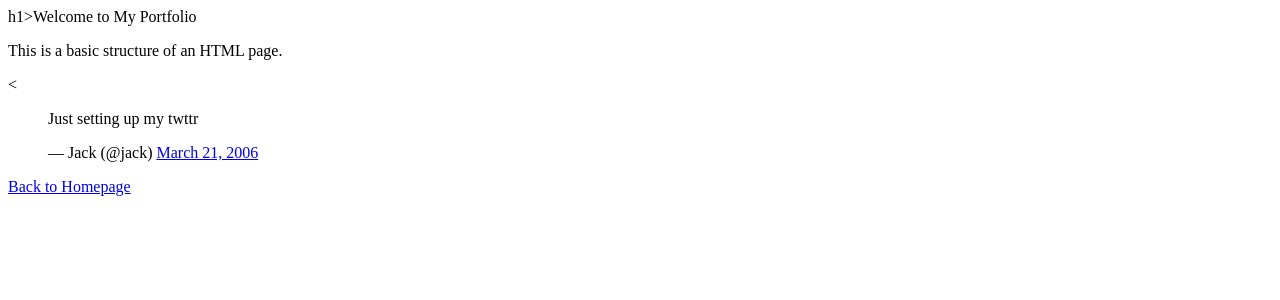
Repository: Patience225/My_First_Portfolio
Page: html_basic/tweets.html
An editor plug-in stored every save of this project. The page is shown before and after the next save, followed by the edit.
The browser window is 1280 px wide. The pictures show the whole page.

Above is the page before, as saved 2024-12-15 04:16:17.

After the next save:
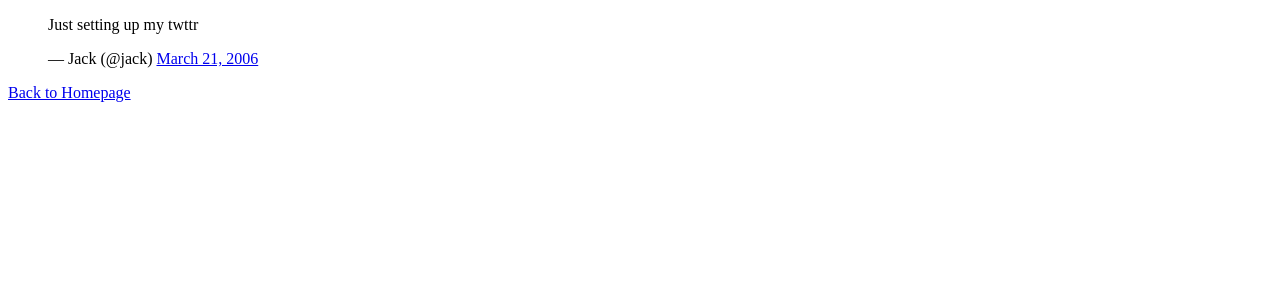
Saved 16 s later.
--- a/html_basic/tweets.html
+++ b/html_basic/tweets.html
@@ -1,15 +1,4 @@
-<!DOCTYPE html>
-<html lang="en">
-<head>
-    <meta charset="UTF-8">
-    <meta name="viewport" content="width=device-width, initial-scale=1.0">
-    <title>My First Portfolio</title>
-</head>
-<body>
-    h1>Welcome to My Portfolio</h1>
-        <p>This is a basic structure of an HTML page.</p>    <
-</body>
-</html>
+
 
 <!DOCTYPE html>
 <html lang="en">
